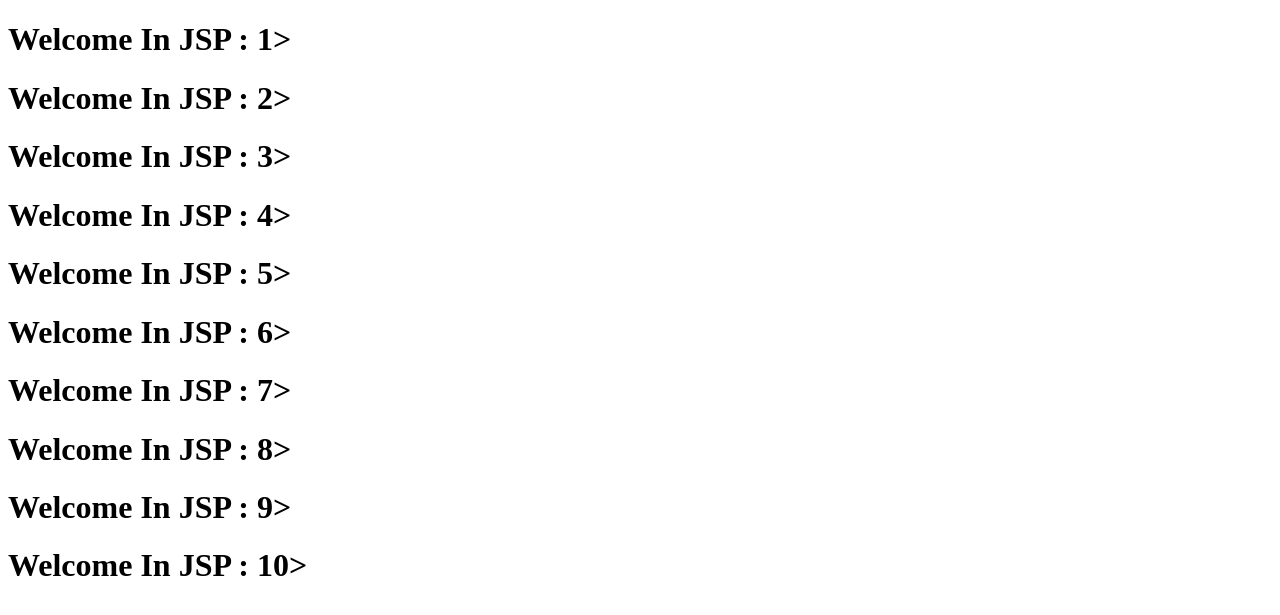
Repository: meanbypawan/j2eebatch
Page: http://localhost/TestJsp/first.jsp
The author's editor kept a copy of each file at every save. The page is drawn from the files as they stood at one save, then again after the next save.
The browser window is 1280 px wide. The pictures show the whole page.
The page is served by Tomcat 9.

Above is the page before, as saved 2024-05-23 14:15:25.

### TestJsp/src/main/webapp/first.jsp
<%@ page language="java" contentType="text/html; charset=UTF-8"
    pageEncoding="UTF-8"%>
<!DOCTYPE html>
<html>
<head>
<meta charset="UTF-8">
<title>Insert title here</title>
</head>
<body>
 <%
  for(int i=1; i<=10; i++){%>

	  <h1>Welcome In JSP : <%=i %>></h1>

  <%}
 %>

</body>
</html>

After the next save:
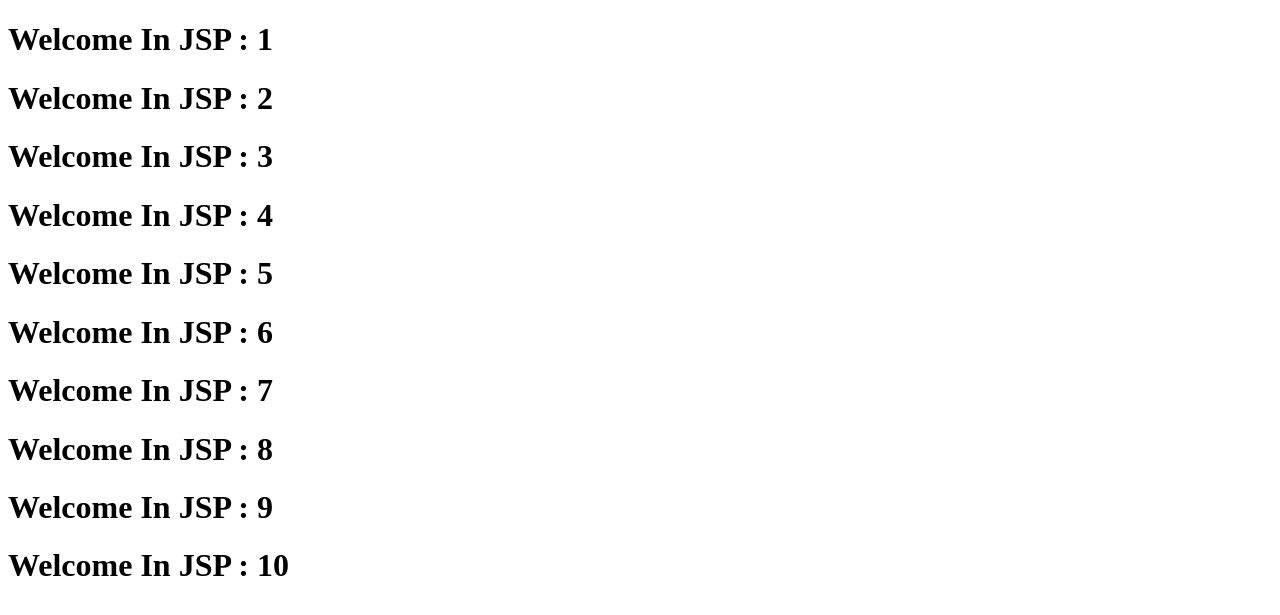
Saved 15 s later.
--- a/TestJsp/src/main/webapp/first.jsp
+++ b/TestJsp/src/main/webapp/first.jsp
@@ -10,7 +10,7 @@
  <%
   for(int i=1; i<=10; i++){%>
 
-	  <h1>Welcome In JSP : <%=i %>></h1>
+	  <h1>Welcome In JSP : <%=i %></h1>
 
   <%}
  %>
